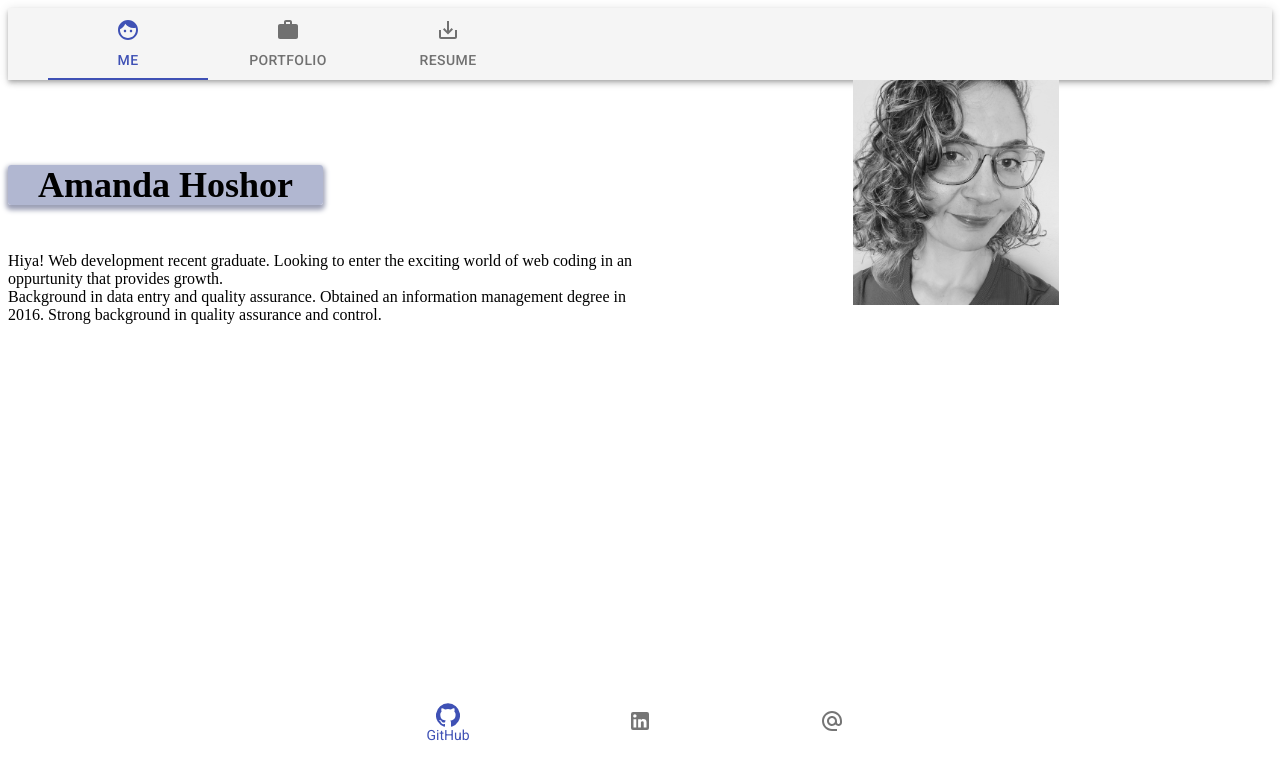
Repository: mandahos/hoshor
Page: /
An editor plug-in stored every save of this project. The page is shown before and after the next save, followed by the edit.
The browser window is 1280 px wide. The pictures show the whole page.
The project was rebuilt for these pictures with package versions that can differ from the ones it lists, and the page was loaded fresh each time. Also part of the build but not shown: src/components/Portfolio/index.js, src/components/Resume/index.js. Imported but missing from the stored project, and not drawn on this page: src/assets/resume/Amanda_Hoshor_Resume.PDF, src/assets/resume/Resume_Hoshor (1).pdf.

Above is the page before, as saved 2021-08-22 08:27:53.

After the next save:
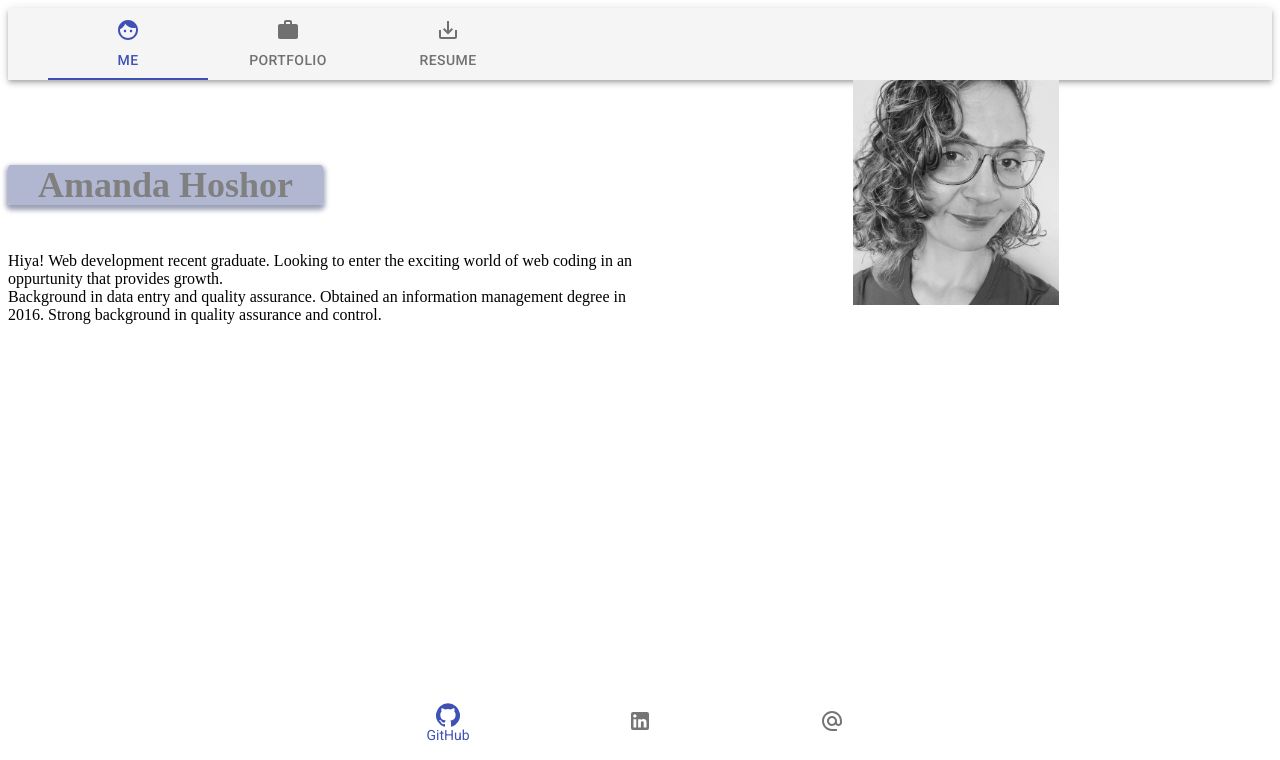
Saved 8 s later.
--- a/src/components/Me/index.js
+++ b/src/components/Me/index.js
@@ -21,7 +21,7 @@
     borderRadius: 3,
     boxShadow: '0 3px 5px 2px #9b9fb5',
 
-    color: 'black',
+    color: 'gray',
     height: 48,
     padding: '0 30px',
 

After the save that followed:
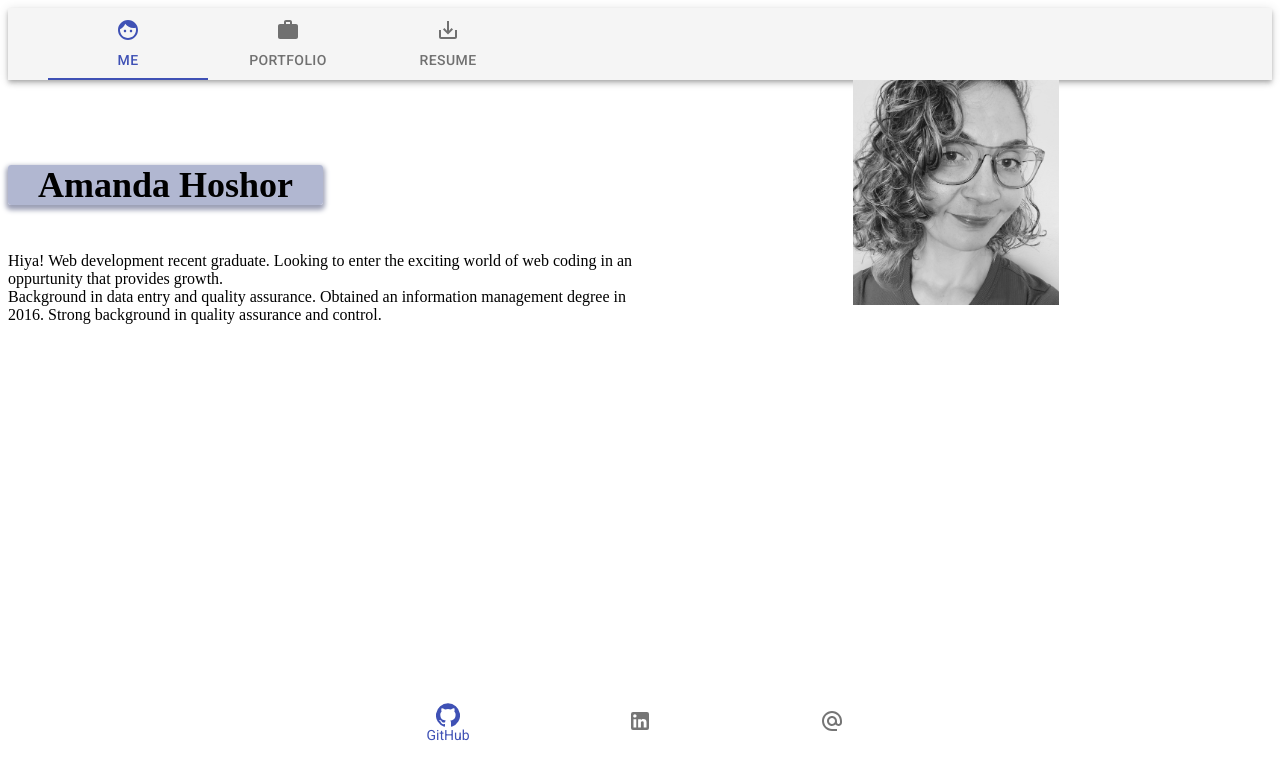
Saved 8 s later.
--- a/src/components/Me/index.js
+++ b/src/components/Me/index.js
@@ -21,7 +21,7 @@
     borderRadius: 3,
     boxShadow: '0 3px 5px 2px #9b9fb5',
 
-    color: 'gray',
+    color: 'gray.800',
     height: 48,
     padding: '0 30px',
 
